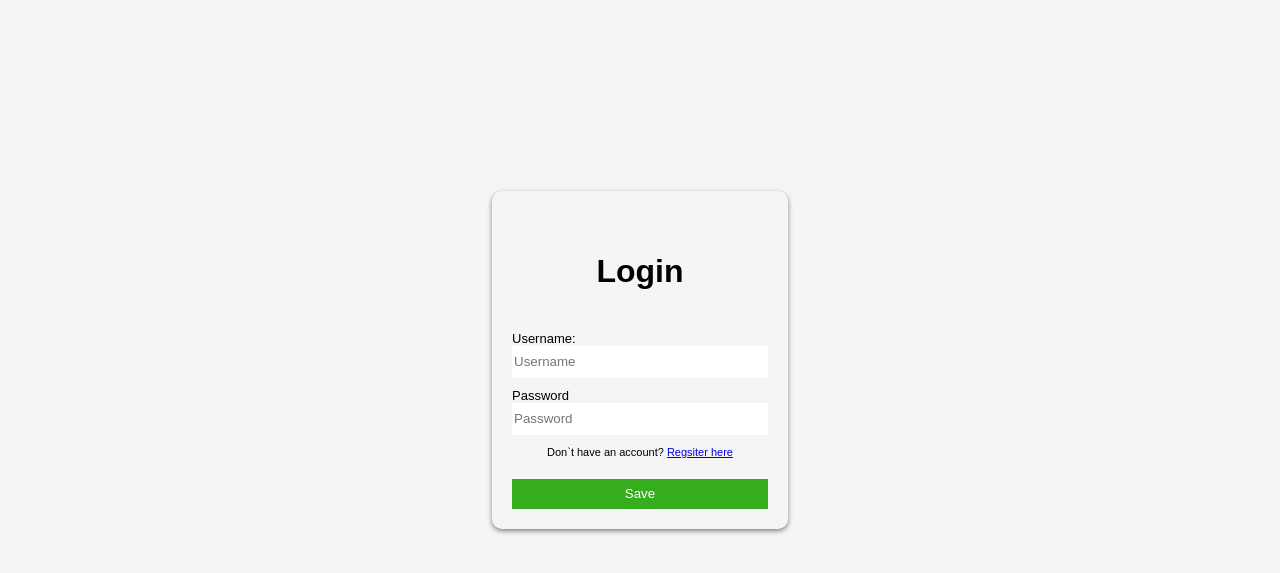
Repository: Dennis-star1001/PHP-CRUD
Page: http://localhost/login.php
These files come from the project's save history. The page is drawn as it stood at one moment and after the next save; the edit follows.
The browser window is 1280 px wide. The pictures show the whole page.
The page is run by PHP 8.4 with error messages shown; the project is at /var/www/html/.

Above is the page before, as saved 2022-07-10 23:14:02.

After the next save:
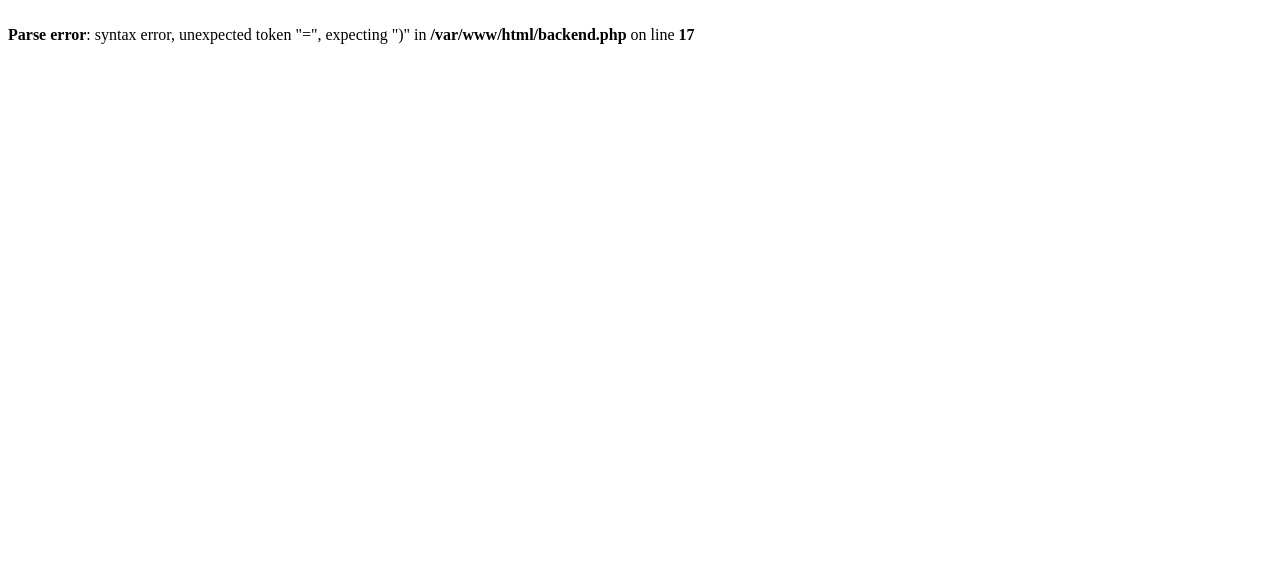
Saved 83 s later.
--- a/backend.php
+++ b/backend.php
@@ -14,6 +14,7 @@
     }
 
     //check if existed
+    select("register", $field, username =);
     $Select_sql = "SELECT * FROM register WHERE username = '$username' AND phone = '$phone'";
 
     $query =  mysqli_query($conn, $Select_sql);

After the 2 saves that followed:
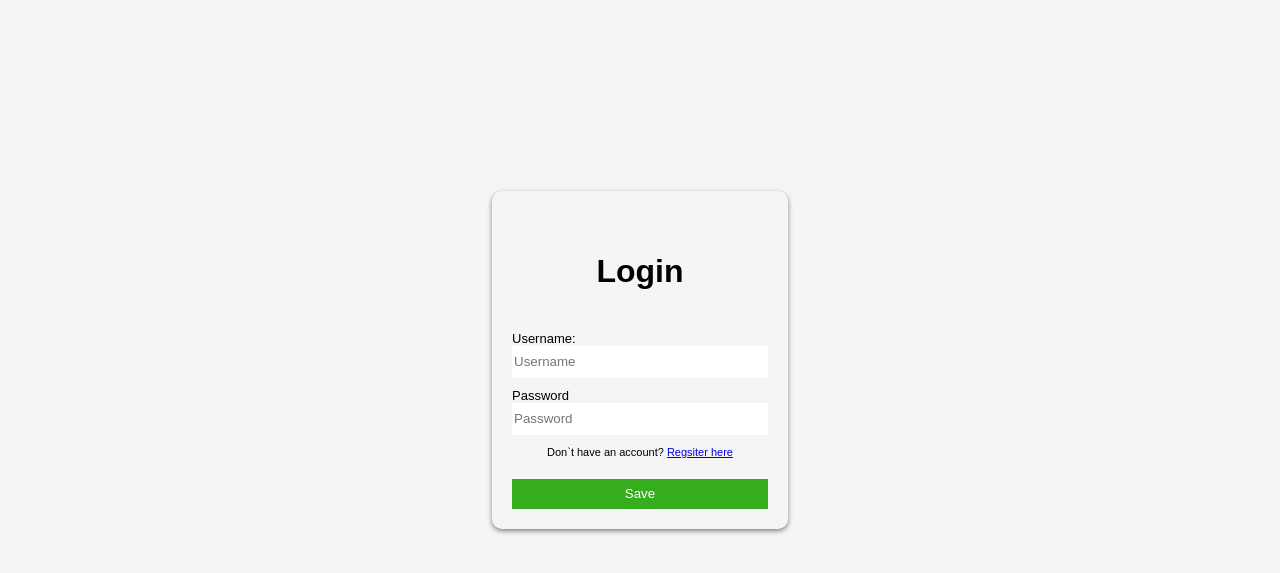
The 2 saves are shown as one change because they came seconds apart.
The last was saved 2 min 18 s later.
--- a/backend.php
+++ b/backend.php
@@ -14,8 +14,8 @@
     }
 
     //check if existed
-    select("register", $field, username =);
-    $Select_sql = "SELECT * FROM register WHERE username = '$username' AND phone = '$phone'";
+    select("register", $field, "username = $username AND phone = $phone");
+    // $Select_sql = "SELECT * FROM register WHERE username = '$username' AND phone = '$phone'";
 
     $query =  mysqli_query($conn, $Select_sql);
 
